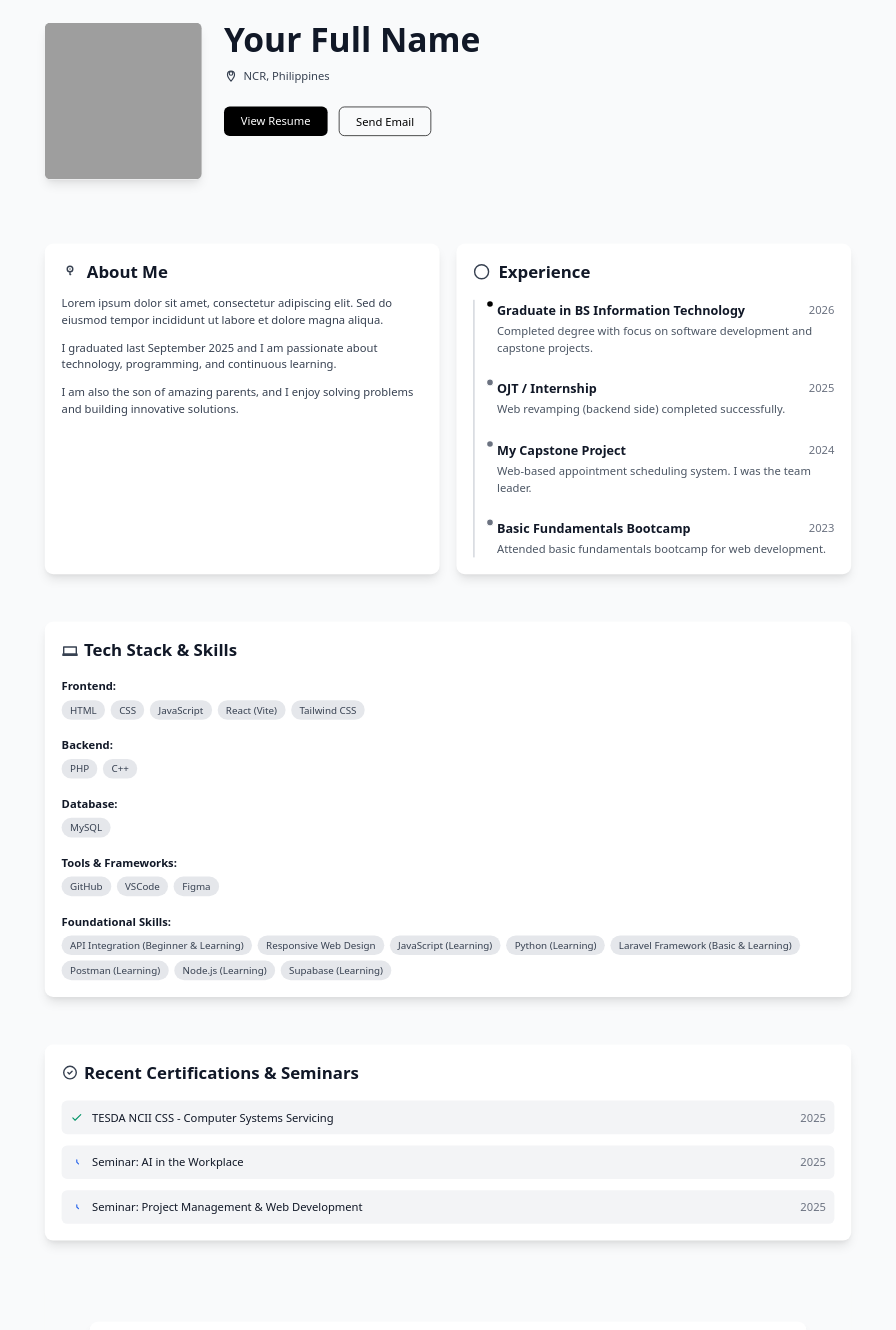
Repository: MeekSharkdev/cv-portfolio
Page: index.html
The author's editor kept a copy of each file at every save. The page is drawn from the files as they stood at one save, then again after the next save.
The browser window is 1280 px wide. The pictures show the part of the page from y = 16 to 1916 px (the page is 2672 px tall before and 2576 px after), at 70% of full size.
Pictures or frames that could not be fetched are drawn as grey boxes. A picture or video elsewhere on the page could not be fetched, so the positions and the page height are approximate.

Above is the page before, as saved 2026-01-31 16:46:00.
Not found: styles.css

After the next save:
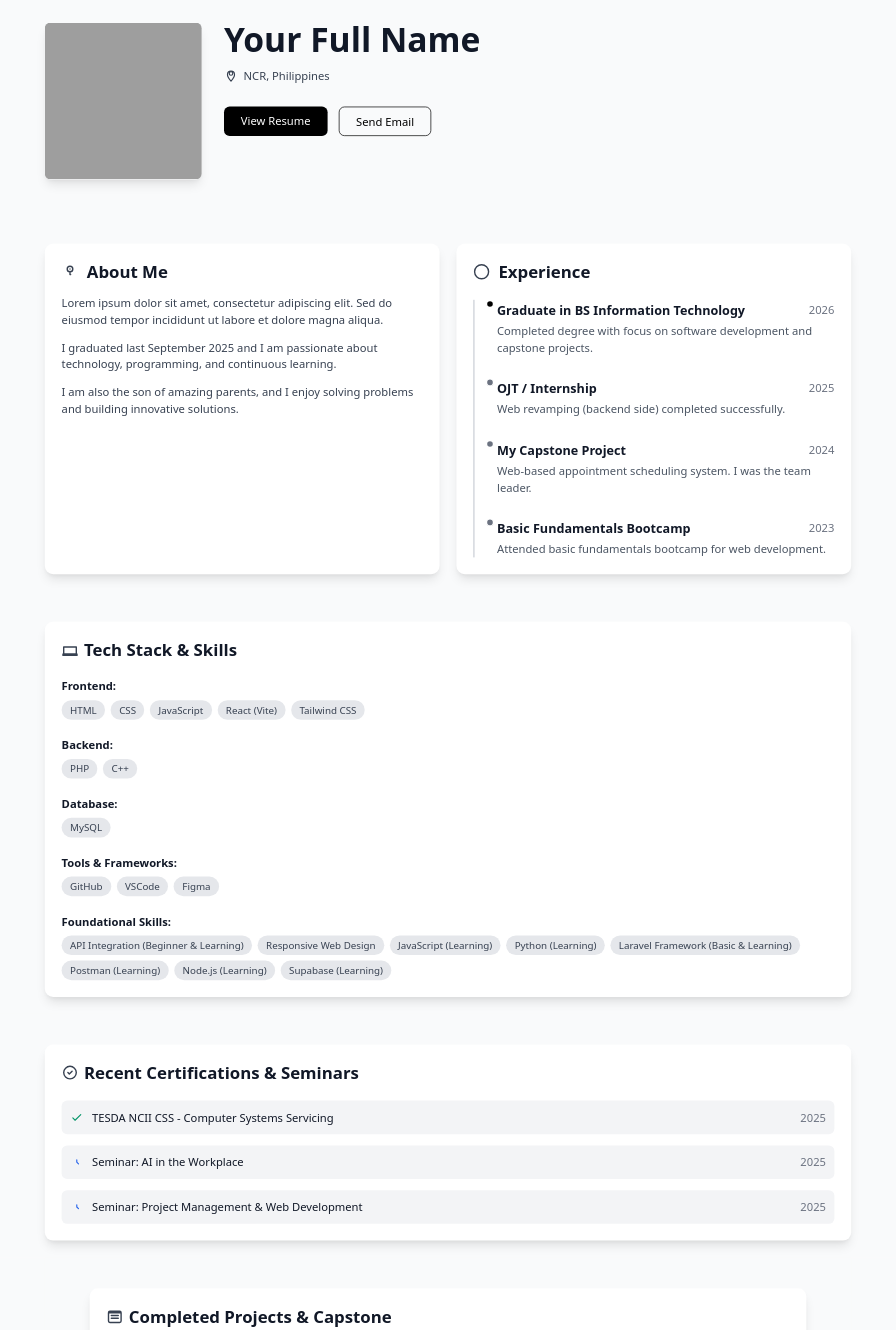
Saved 92 s later.
--- a/index.html
+++ b/index.html
@@ -291,7 +291,7 @@
     </section>
 
 <!-- Project Carousel Section (Above Footer) -->
-<section class="py-12 bg-gray-50">
+<section>
     <div class="max-w-6xl mx-auto">
 
         <!-- Projects / Portfolio Section -->
